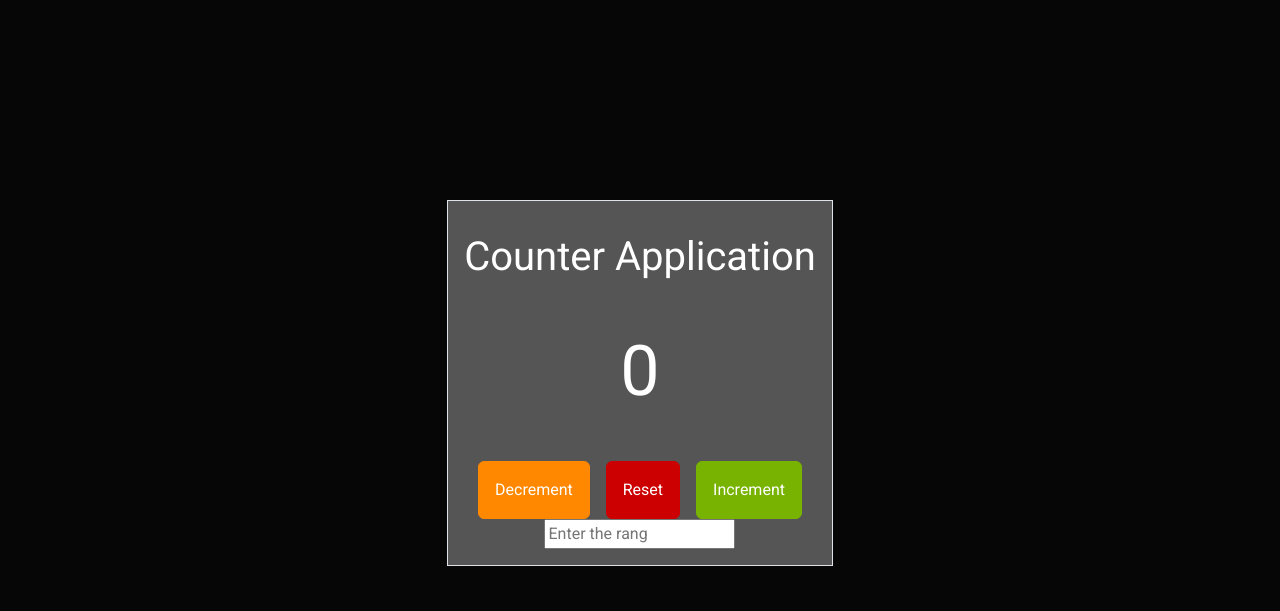
Repository: Afraz13/Emoboo
Page: /
The author's editor kept a copy of each file at every save. The page is drawn from the files as they stood at one save, then again after a run of saves.
The browser window is 1280 px wide. The pictures show the whole page.
The project was rebuilt for these pictures with package versions that can differ from the ones it lists, and the page was loaded fresh each time.

Above is the page before, as saved 2024-08-15 16:11:47.

### src/index.js
import React from 'react';
import ReactDOM from 'react-dom/client';
import './index.css';
import App from './App';
import '../src/bootstrap.min (5).css'
import { Provider } from 'react-redux';
import { store } from './Redux/store';


const root = ReactDOM.createRoot(document.getElementById('root'));
root.render(
  <React.StrictMode>
    <Provider store={store}> <App /></Provider>
  </React.StrictMode>
);

### src/App.js

import './App.css';
import Counter from './compontent/Counter'

function App() {
  return (
    <div className="App">

      <Counter/>
    </div>
  );
}

export default App;

### src/Redux/store.js
import { configureStore } from "@reduxjs/toolkit";
import counterSlice from "./counterSlice";


export const store = configureStore({

    reducer:{

        counter:counterSlice
    }
})

### src/compontent/Counter.jsx
import React from 'react'
import { useDispatch, useSelector } from 'react-redux'
import { decrement, increment, reset } from '../Redux/counterSlice'

function Counter() {

    const dispatch = useDispatch()

    const count = useSelector((state)=>state.counter.value)
  return (
    <div style={{marginTop:'200px'}} className='d-flex justify-content-center align-items-center w-100  flex-column   '>
        <div className='border p-3 bg-secondary '>
            <h3 className='mt-3 mb-5'>Counter Application</h3>
        <h1 style={{fontSize:'70px'}}>{count}</h1>
        <div className='mt-5'>
            <button onClick={()=>dispatch(decrement())} className='btn btn-warning p-3'>Decrement</button>
            <button onClick={()=>dispatch(reset())} className='btn btn-danger p-3 ms-3'>Reset</button>
            <button onClick={()=>dispatch(increment())} className='btn btn-success p-3 ms-3'>Increment</button>

        </div>
        <div>
          <input type="text" placeholder='Enter the rang' />
        </div>
        </div>

    </div>
  )
}

export default Counter

### src/Redux/counterSlice.js
import { createSlice } from "@reduxjs/toolkit";



 export const counterSlice = createSlice({
    name:'counterApp',
    initialState:{
        value:0
    },
    // actions are create inside the reducers key as object

    reducers:{
        increment:(state)=>{

            state.value +=1
        },
        decrement:(state)=>{
            state.value -=1
        },
        reset:(state)=>{
            state.value =0
        }
    }
 })
 export const {increment,decrement,reset} = counterSlice.actions

 export default counterSlice.reducer

Loaded but not shown: public/index.html (common file); src/index.css (common file); src/bootstrap.min (5).css (library); src/App.css (common file)

After the next 6 saves:
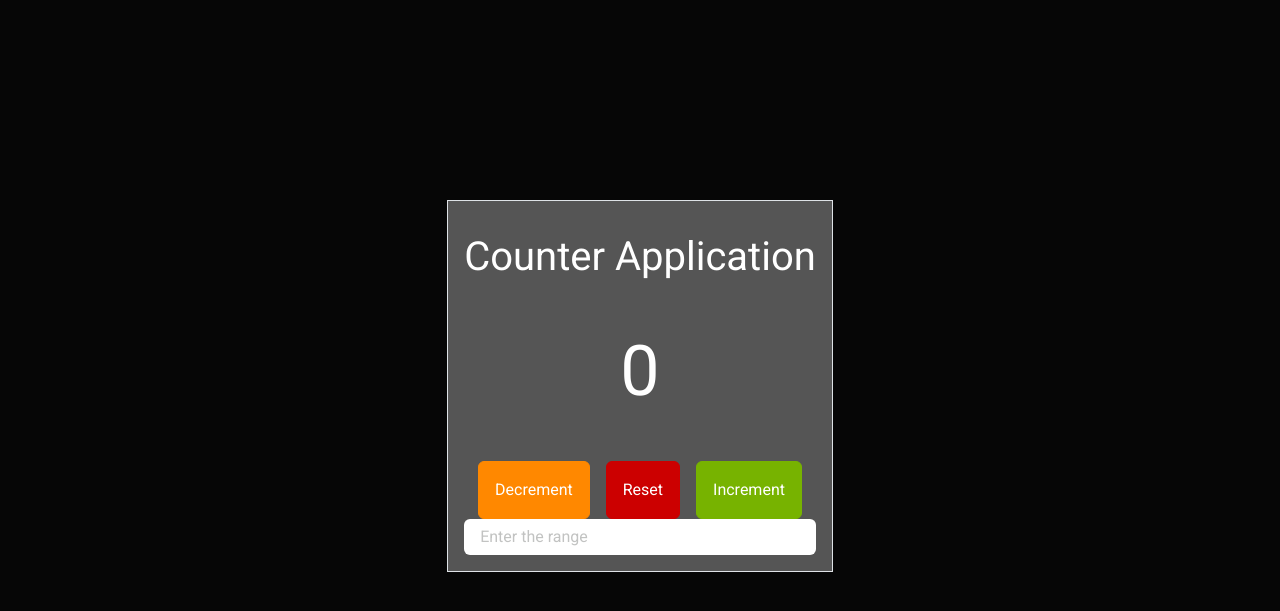
The 6 saves are shown as one change because they came seconds apart.
The last was saved 15 s later.
--- a/src/compontent/Counter.jsx
+++ b/src/compontent/Counter.jsx
@@ -19,7 +19,7 @@ function Counter() {
 
         </div>
         <div>
-          <input type="text" placeholder='Enter the rang' />
+          <input type="text" placeholder='Enter the range' className='form-control' />
         </div>
         </div>
 
